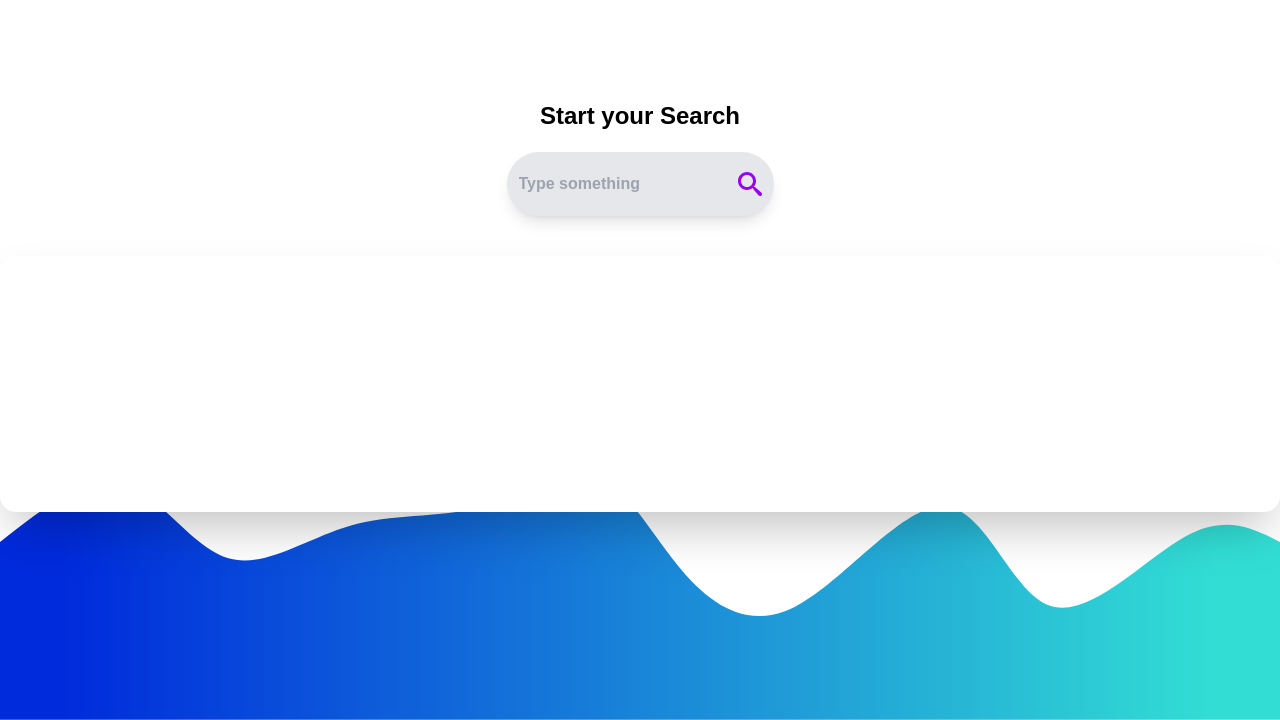
Repository: evergreenx/dictionary-octo
Page: /
These files come from the project's save history. The page is drawn as it stood at one moment and after the next save; the edit follows.
The browser window is 1280 px wide. The pictures show the whole page.
The page's requests for data from a server got no answer. The project was rebuilt for these pictures with package versions that can differ from the ones it lists, and the page was loaded fresh each time. The framework's server and built-in components were replaced by stand-ins that run in the browser. No one was signed in, and anything a server would have sent is missing. Also part of the build but not shown: next.config.js.

Above is the page before, as saved 2022-04-30 16:27:54.

After the next save:
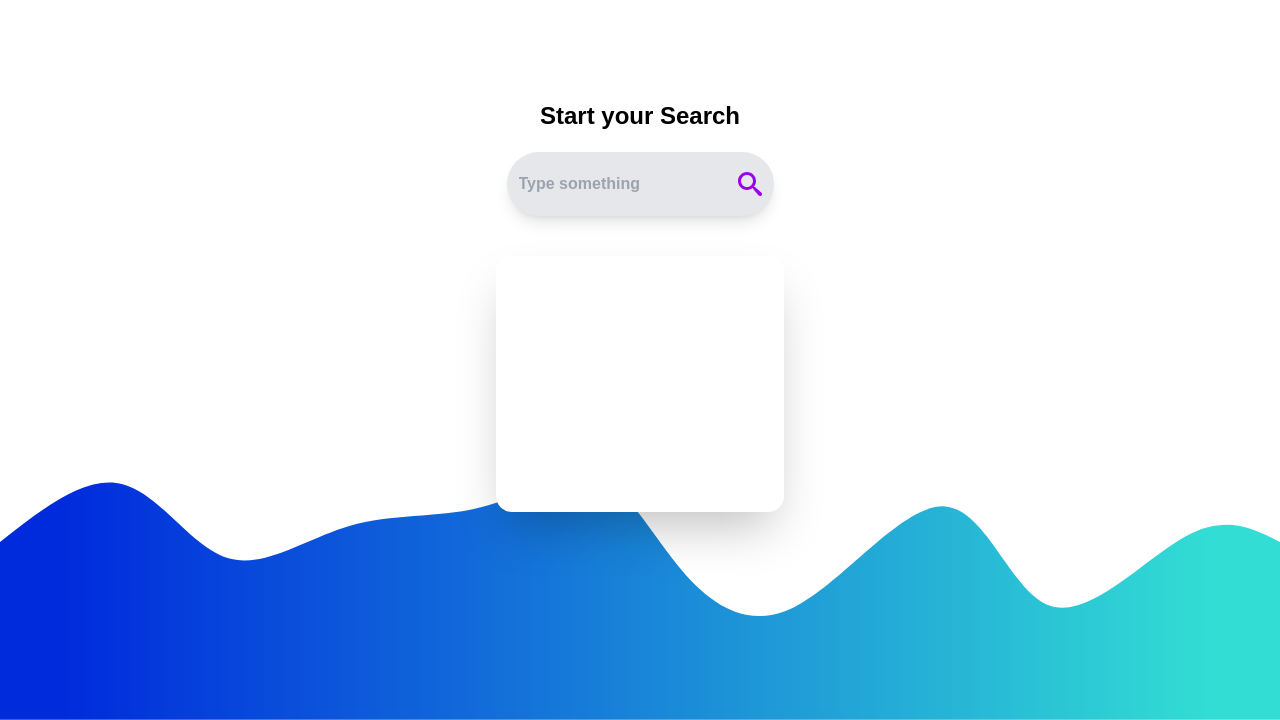
Saved 5 s later.
--- a/components/RandomWord.js
+++ b/components/RandomWord.js
@@ -3,7 +3,7 @@ import React from "react";
 const RandomWord = ({ data }) => {
   const { word, phonetics, meanings } = data;
   return (
-    <div className="bg-white rounded-2xl shadow-2xl p-7 w- container h-64 mx-auto">
+    <div className="bg-white rounded-2xl shadow-2xl p-7 w-72 container h-64 mx-auto">
       <h2 className="font-bold text-2xl">{word}</h2>
 
       <p className="text-gray-400 pt-5 pb-2">
